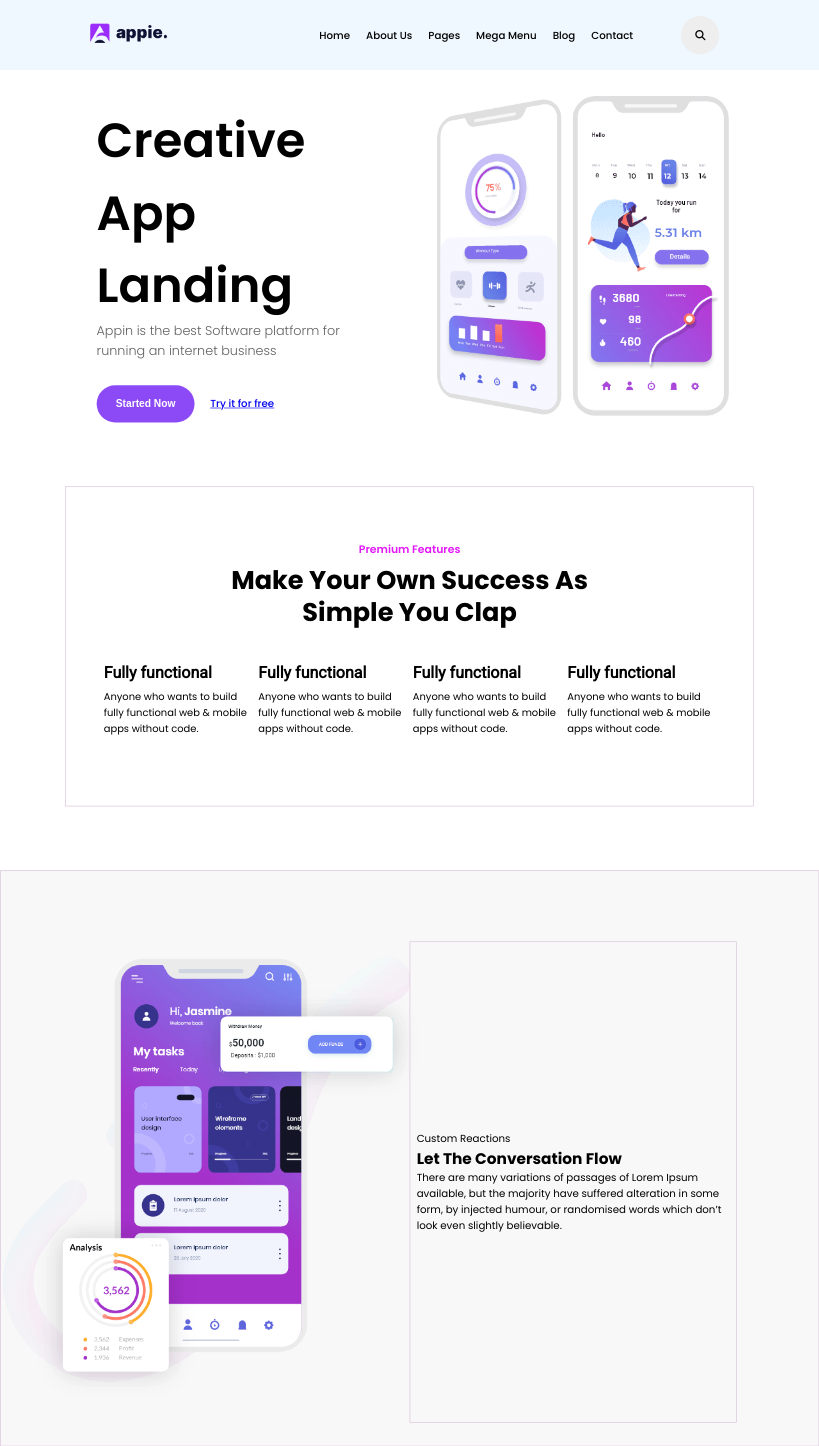
Repository: northpx/landingpage
Page: index.html
The author's editor kept a copy of each file at every save. The page is drawn from the files as they stood at one save, then again after a run of saves.
The browser window is 1280 px wide. The pictures show the whole page, at 64% of full size.

Above is the page before, as saved 2022-12-28 15:38:32.

### index.html
<!DOCTYPE html>
<html lang="en">

<head>
    <meta charset="UTF-8">
    <meta http-equiv="X-UA-Compatible" content="IE=edge">
    <meta name="viewport" content="width=device-width, initial-scale=1.0">
    <link rel="stylesheet" href="/src/css/style.css">
    <link rel="stylesheet" href="https://cdnjs.cloudflare.com/ajax/libs/font-awesome/6.2.1/css/all.min.css"
        integrity="sha512-MV7K8+y+gLIBoVD59lQIYicR65iaqukzvf/nwasF0nqhPay5w/9lJmVM2hMDcnK1OnMGCdVK+iQrJ7lzPJQd1w=="
        crossorigin="anonymous" referrerpolicy="no-referrer" />
    <title>Document</title>

</head>

<body>
    <div class="container">
        <div class="navbar">
            <div class="logo">
                <div class="logo-img">
                    <img src="image/purple-logo.png" alt="">
                </div>
            </div>
            <div class="menu">
                <div class="menu-list">
                    <ul class="menu-item">
                        <li class="item">Home</li>
                        <li class="item">About Us</li>
                        <li class="item">Pages</li>
                        <li class="item">Mega Menu</li>
                        <li class="item">Blog</li>
                        <li class="item">Contact</li>
                    </ul>
                </div>
                <i class="fa-solid fa-bars"></i>
                <div class="search">
                    <div class="box-search">
                        <i class="fa-solid fa-magnifying-glass"></i>
                    </div>
                </div>
            </div>

        </div>
        <div class="header">
            <div class="header1">
                <div class="content">
                    <div class="header1_content">
                        <h1>Creative <br>App Landing</h1>
                        <h6>Appin is the best Software platform for running an internet business</h6>
                    </div>
                    <button class="btn_start">
                        Started Now
                    </button>
                    <a href="#">Try it for free</a>
                </div>
            </div>
            <div class="header2">
                <div class="header2_image">
                    <img src="image/home1-app-screen.png" alt="">
                </div>
            </div>
        </div>
        <div class="section2">
            <div class="section2_box">
                <div class="section2_title">
                    <p>Premium Features</p>
                    <h2>Make Your Own Success As <br>Simple You Clap</h2>
                </div>
                <div class="section2_content">
                    <div class="section2_content_body">
                        <div class="content1">
                            <div class="content_title">
                                <h2>Fully functional</h2>
                                <p>Anyone who wants to build fully functional web & mobile apps without code.</p>
                            </div>
                        </div>
                        <div class="content1">
                            <div class="content_title">
                                <h2>Fully functional</h2>
                                <p>Anyone who wants to build fully functional web & mobile apps without code.</p>
                            </div>
                        </div>
                        <div class="content1">
                            <div class="content_title">
                                <h2>Fully functional</h2>
                                <p>Anyone who wants to build fully functional web & mobile apps without code.</p>
                            </div>
                        </div>
                        <div class="content1">
                            <div class="content_title">
                                <h2>Fully functional</h2>
                                <p>Anyone who wants to build fully functional web & mobile apps without code.</p>
                            </div>
                        </div>
                    </div>
                </div>
            </div>
        </div>
        <div class="section3_container">
            <div class="section3">
                <div class="section3_img">
                    <div class="image">
                        <img src="image/Screen-1-1.png" alt="">
                    </div>
                </div>
                <div class="section3_content">
                    <div class="content3">
                        <p>Custom Reactions</p>
                        <h2>Let The Conversation Flow</h2>
                        <p>
                            There are many variations of passages of Lorem Ipsum available, but the majority have
                            suffered alteration in some form, by injected humour, or randomised words which don’t look
                            even slightly believable.
                        </p>
                    </div>
                </div>
            </div>
        </div>
    </div>

</html>

### src/css/style.css
@import url('https://fonts.googleapis.com/css2?family=Poppins:ital,wght@0,200;0,300;0,400;0,500;0,600;0,700;0,800;0,900;1,200;1,300;1,400;1,500;1,600;1,700;1,800;1,900&family=Roboto&display=swap');
@import url(https://fonts.googleapis.com/css?family=Open+Sans:300,400,700);
*{
    padding: 0;
    margin: 0;
    box-sizing: border-box;
}
body{
    font-family: 'Poppins';
}
.container{
    width: 100%;
    height: 1000px;
    /* overflow: auto; */
}

.navbar{
    display: flex;
    width: 100%;
    height: 110px;
    align-items: center;
    margin: 0 auto;
    padding: 0 11%;
    position: sticky;
    top: 0;
    z-index: 5;
    background-color: aliceblue;
}


.menu{
    display: flex;
    margin-left: auto;
    align-items: center;
}

.menu .menu-item{
    display: flex;
    list-style-type: none;
}

.item{
    margin-right: 25px;
    font-weight: 500;
}

.search{
    margin-left: 50px;
    margin-right: 5px;
    align-items: center;
}
.box-search{
    width: 60px;
    height: 60px;
    background: #efeeee;
    color: rgb(4, 4, 4);
    display: inline-flex;
    align-items: center;
    justify-content: center;
    border-radius: 50%;
    margin-right: 10px;
}

.fa-solid.fa-bars{
    display: none;
}

.header{
    width: 78%;
    height: 550px;
    margin: 0 auto;
}

.header1{
    float: left;
    width: 50%;
    height: 550px;
    position: relative;
}
.header2{
    float: left;
    width: 50%;
    height: 550px;
    position: relative;
}
.header::after{
    content: "";
    display: table;
    clear: both;
}

.content{
    position: absolute;
    width: 90%;
    bottom: 0;
    left: 0;
    padding-left: 10px;
}
.header2_image{
    position: absolute;
    right: 0;
    bottom: 0;
}

.btn_start{
    border-radius: 30px;
    padding: 20px 30px;
    font-size: 16px;
    font-weight: 600;
    color: white;
    margin-right: 20px;
    border: none;
    outline: none;
    background-color: rgb(140, 74, 246);
}

a{
    font-size: 16px;
    font-weight: 500;
}

.header1_content{
    margin-bottom: 40px;
}
h1{
    font-size: 75px;
    font-weight: 600;
}

h6{
    font-weight: 300;
    font-size: 20px;
    color: rgb(97, 97, 97);
}

.section2{
    width: 84%;
    height: 500px;
    display: flex;
    flex-direction: column;
    border: 1px solid thistle;
    margin: 100px auto;
    /* margin-top: 100px; */
    align-items: center;
    justify-content: center;
}
.section2_title{
    text-align: center;
}
.section2_title h2{
    font-size: 40px;
    line-height: 50px;
}
.section2_title p{
    font-size: 17px;
    font-weight: 600;
    color: rgb(226, 24, 249);
    margin-bottom: 10px;
}
.section2_box{
    display: flex;
    flex-direction: column;
    margin-bottom: 20px;
    align-items: center;
    justify-content: center;
}

.section2_content{
    width: 100%;
    margin-top: 50px;
}
.section2_content_body{
    width: 90%;
    display: flex;
    margin: 0 auto;
}
.content1{
    width: 25%;
    padding: 5px;
}

.content_title h2{
    font-family: 'Roboto';
    font-weight: bold;
    font-size: 25px;
    margin-bottom: 10px;
}
.content_title p {
    line-height: 25px;
    font-size: 15.5px;
}

.section3_container{
    width: 100%;
    height: 900px;
    border: 1px solid thistle;
    background-color: rgb(248, 248, 248);
    padding: 110px 0px 70px;
}

.section3{
    width: 80%;
    display: flex;
    margin: 0 auto;
}

.section3_img{
    width: 50%;
    align-items: center;
    display: flex;
    flex-wrap: wrap;
    justify-content: center;
    line-height: 30px;
    padding: 10px;
}
.image{
    margin-left: -100px;
}
.section3_img img{
    display: inline-block;
    text-align: left;
}

.section3_content{
    display: flex;
    flex-wrap: wrap;
    align-items: center;
    justify-content: center;
    width: 50%;
    border: 1px solid thistle;
    padding: 10px;
}
.content3{
    width: 100%;
}

After the next 2 saves:
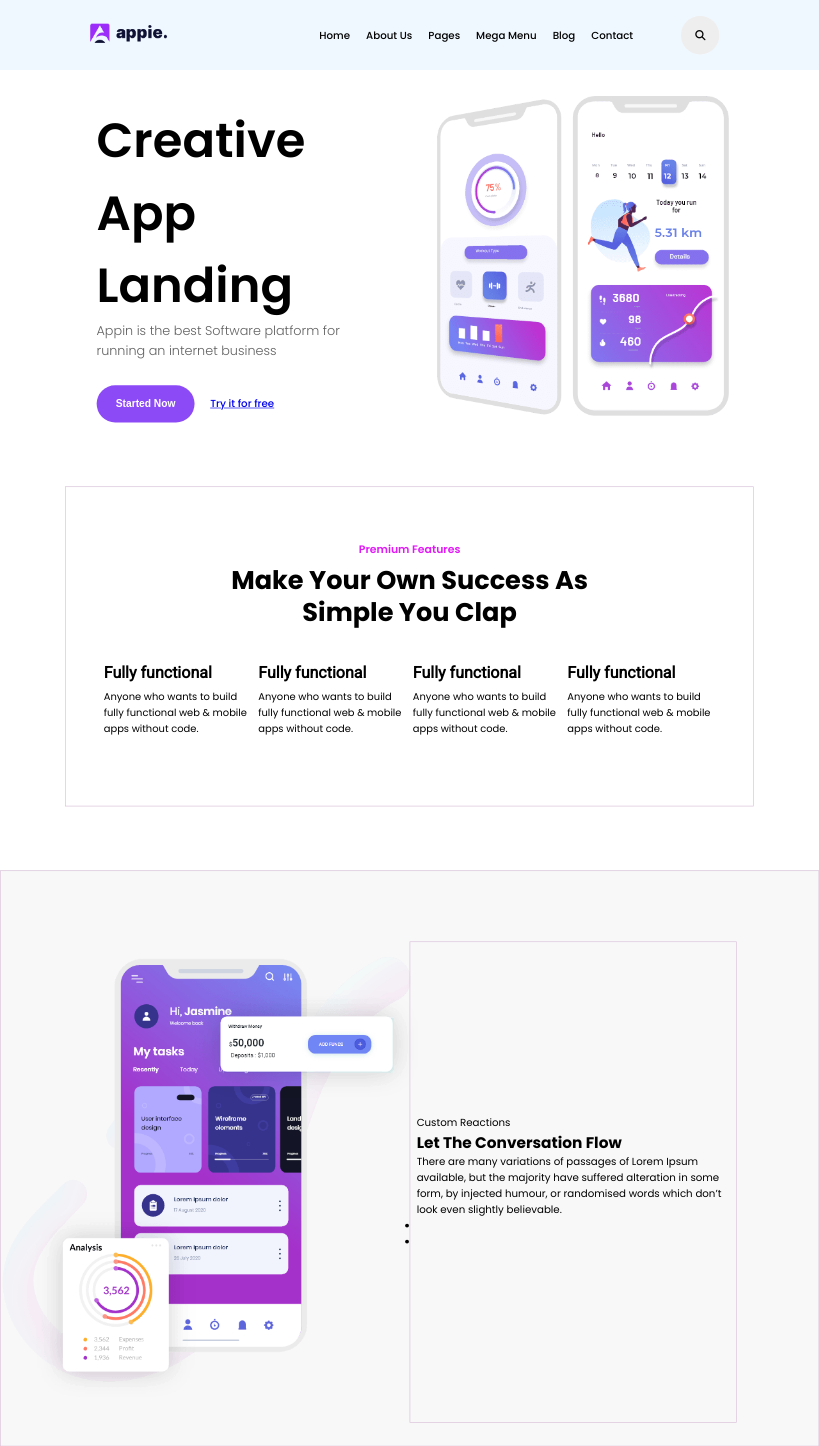
The 2 saves are shown as one change because they came seconds apart.
The last was saved 56 s later.
--- a/index.html
+++ b/index.html
@@ -112,6 +112,10 @@
                             suffered alteration in some form, by injected humour, or randomised words which don’t look
                             even slightly believable.
                         </p>
+                        <ul>
+                            <li></li>
+                            <li></li>
+                        </ul>
                     </div>
                 </div>
             </div>
